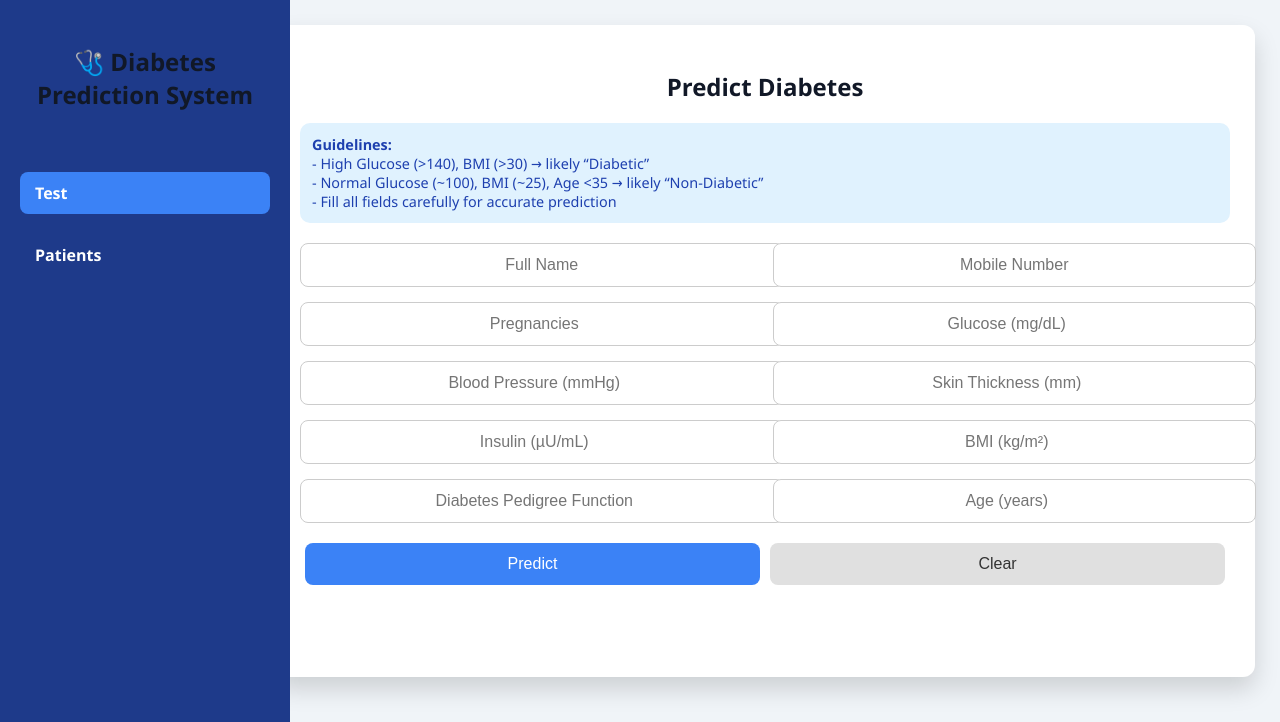
Repository: Aman14150/diabetes-prediction-system
Page: http://localhost/
The author's editor kept a copy of each file at every save. The page is drawn from the files as they stood at one save, then again after the next save.
The browser window is 1280 px wide. The pictures show the whole page.
The page is served by the project's application, run on Flask 3 (app.py).

Above is the page before, as saved 2025-10-07 19:55:17.

After the next save:
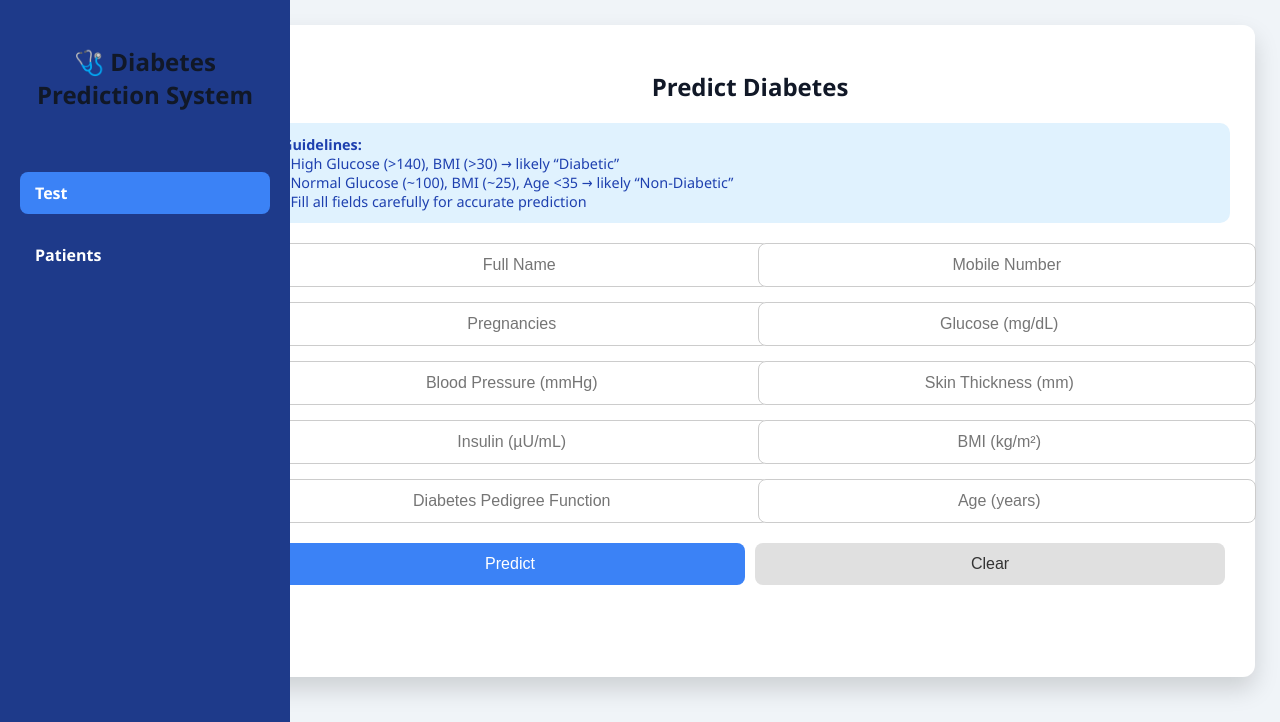
Saved 15 s later.
--- a/static/style.css
+++ b/static/style.css
@@ -59,7 +59,7 @@ body {
 
 .content {
      flex: 1;
-    margin-left: 250px;
+    margin-left: 220px;
     padding: 25px;
     background: #f0f4f8;
 }
